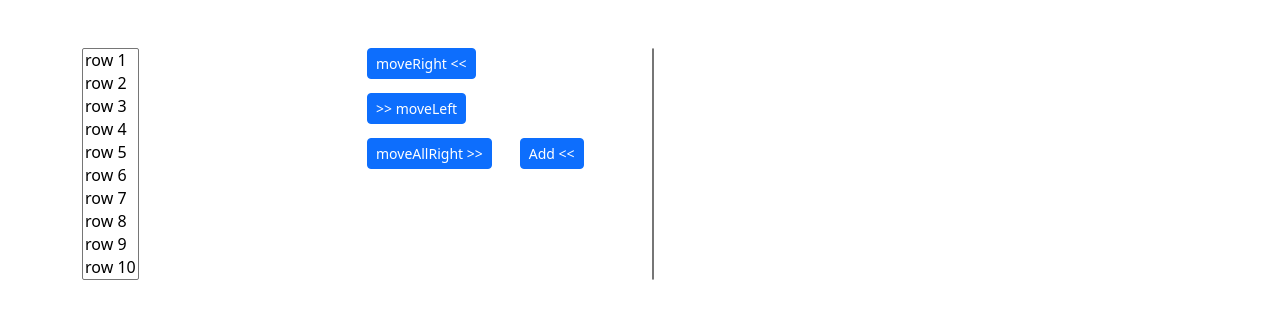
Repository: ishanbassi/iotasol-assignments
Page: /iotasol/work-10
These files come from the project's save history. The page is drawn as it stood at one moment and after the next save; the edit follows.
The browser window is 1280 px wide. The pictures show the whole page.
The project was rebuilt for these pictures with package versions that can differ from the ones it lists, and the page was loaded fresh each time. Some packages were replaced by stand-ins written for this rebuild. The framework's server and built-in components were replaced by stand-ins that run in the browser.

Above is the page before, as saved 2022-11-11 16:56:25.

After the next save:
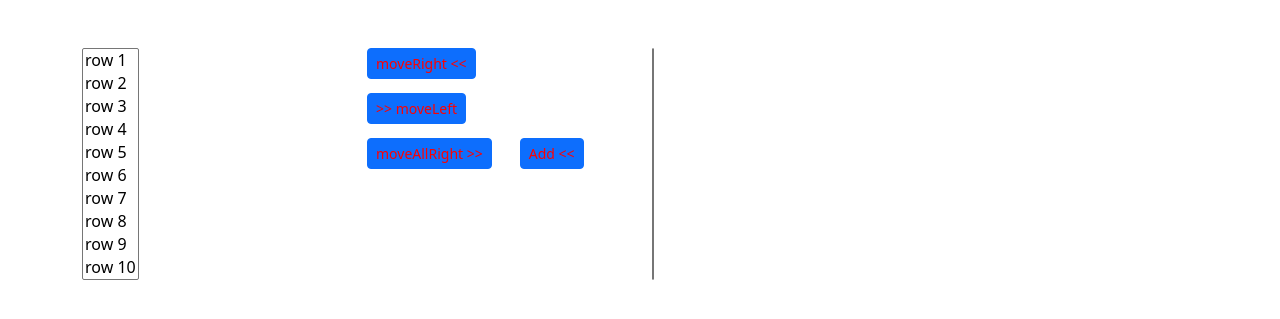
Saved 53 s later.
--- a/pages/iotasol/work-10.tsx
+++ b/pages/iotasol/work-10.tsx
@@ -31,10 +31,10 @@
                     </select>
                 </Col>
                 <Col md="3">
-                        <Button size="sm" onClick={moveRight}>moveRight &lt;&lt;</Button>
-                        <Button size="sm" onClick={moveLeft}>&gt;&gt; moveLeft</Button>
-                        <Button size="sm" onClick={moveAllRight}>moveAllRight &gt;&gt;</Button>
-                        <Button size="sm" onClick={moveAllLeft}>Add &lt;&lt;</Button>
+                        <Button size="sm" onClick={moveRight} className="btn">moveRight &lt;&lt;</Button>
+                        <Button size="sm" onClick={moveLeft} className="btn">&gt;&gt; moveLeft</Button>
+                        <Button size="sm" onClick={moveAllRight} className="btn">moveAllRight &gt;&gt;</Button>
+                        <Button size="sm" onClick={moveAllLeft} className="btn">Add &lt;&lt;</Button>
                 </Col>
                 <Col md="3">
 
@@ -48,7 +48,9 @@
                 </Col>
             </Row>
             <style jsx>{`
-
+                        .btn{
+                            color:red !important
+                        }
                         button{
 
                             margin-bottom:1em !important;

After the 2 saves that followed:
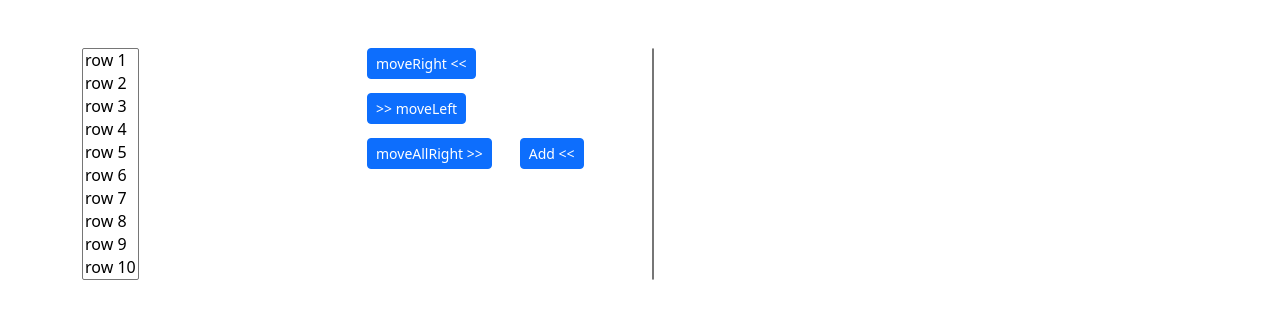
The 2 saves are shown as one change because 1 left the picture as it was.
The last was saved 68 s later.
--- a/pages/iotasol/work-10.tsx
+++ b/pages/iotasol/work-10.tsx
@@ -31,10 +31,10 @@
                     </select>
                 </Col>
                 <Col md="3">
-                        <Button size="sm" onClick={moveRight} className="btn">moveRight &lt;&lt;</Button>
-                        <Button size="sm" onClick={moveLeft} className="btn">&gt;&gt; moveLeft</Button>
-                        <Button size="sm" onClick={moveAllRight} className="btn">moveAllRight &gt;&gt;</Button>
-                        <Button size="sm" onClick={moveAllLeft} className="btn">Add &lt;&lt;</Button>
+                        <Button size="sm" onClick={moveRight} className="btn-10">moveRight &lt;&lt;</Button>
+                        <Button size="sm" onClick={moveLeft} className="btn-10">&gt;&gt; moveLeft</Button>
+                        <Button size="sm" onClick={moveAllRight} className="btn-10">moveAllRight &gt;&gt;</Button>
+                        <Button size="sm" onClick={moveAllLeft} className="btn-10">Add &lt;&lt;</Button>
                 </Col>
                 <Col md="3">
 
@@ -48,9 +48,7 @@
                 </Col>
             </Row>
             <style jsx>{`
-                        .btn{
-                            color:red !important
-                        }
+
                         button{
 
                             margin-bottom:1em !important;
